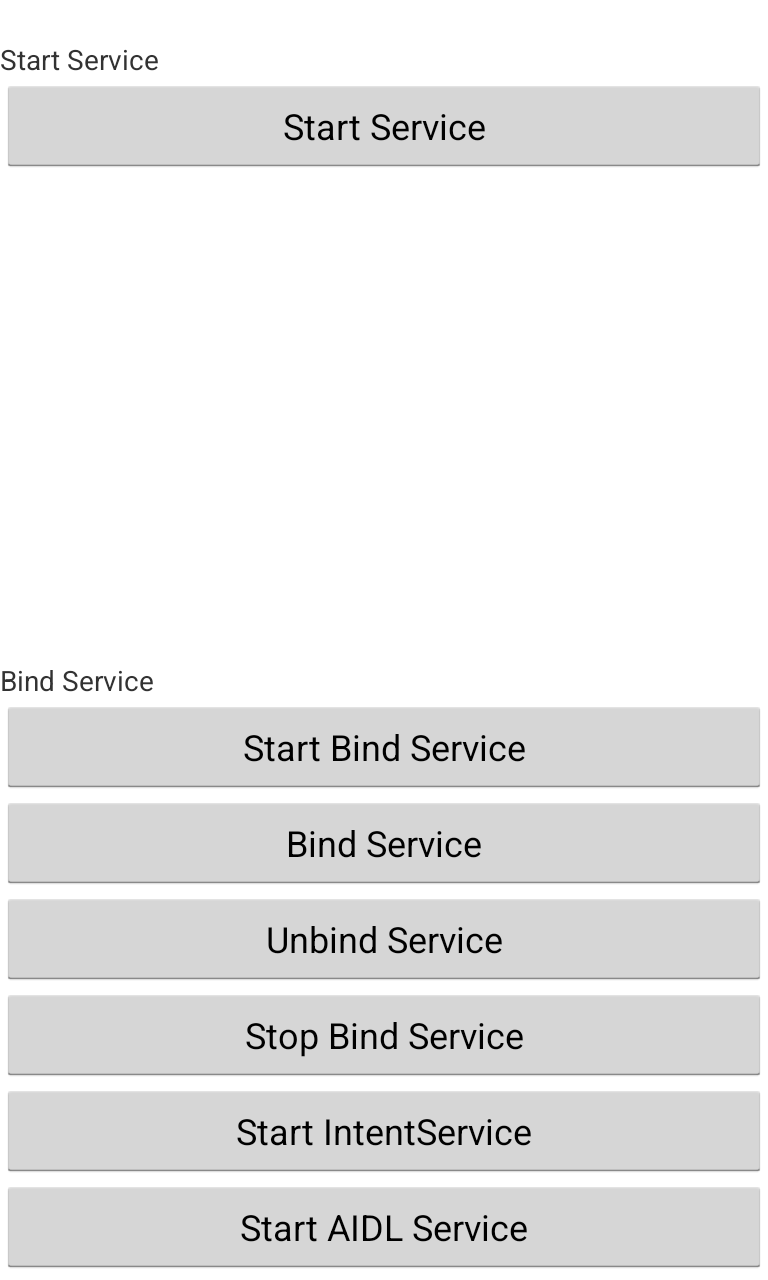
Repository: Liu-D-Henrry/Android
Layout: DemoService/res/layout/service_activity.xml
The author's editor kept a copy of each file at every save. The layout is drawn from the files as they stood at one save, then again after the next save.
It is drawn on a 768 x 1280 px phone screen (xhdpi) without system bars, with theme AppTheme; the app's code is not run.

Above is the layout before, as saved 2013-09-01 10:29:28.

After the next save:
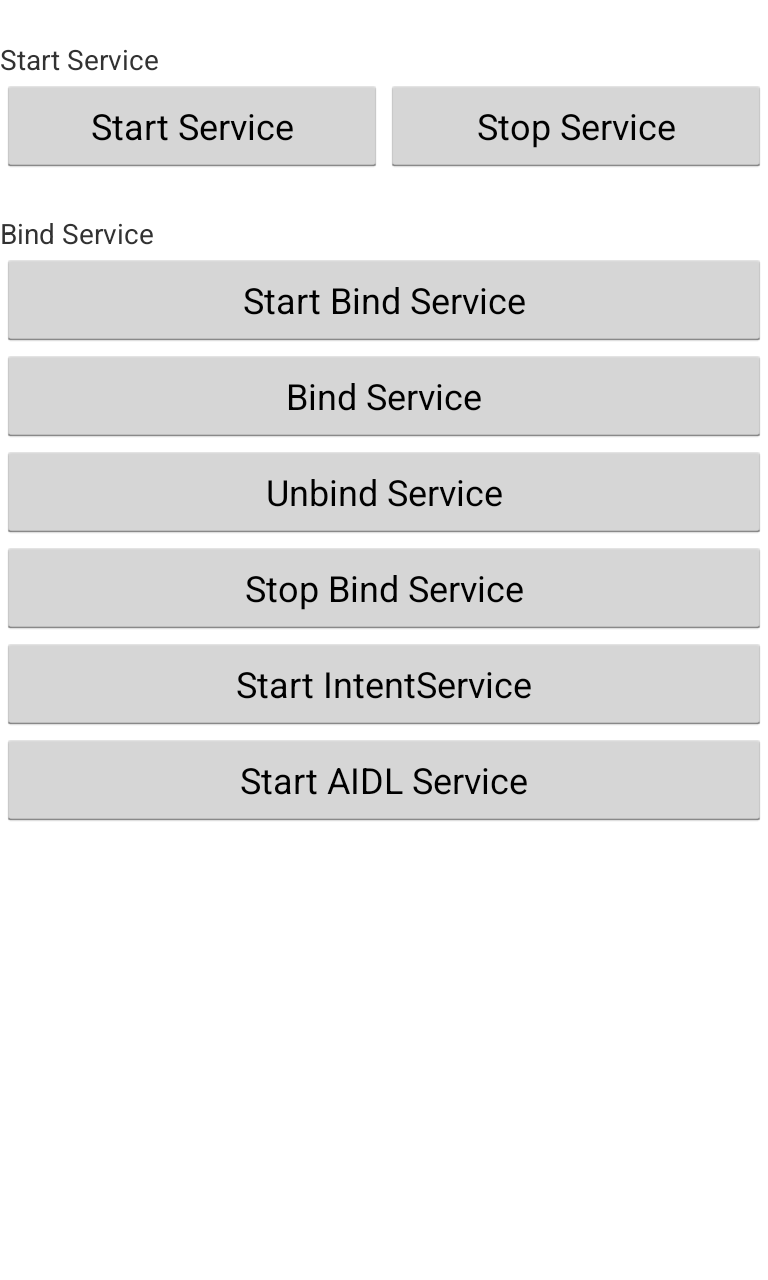
Saved 41 s later.
--- a/DemoService/res/layout/service_activity.xml
+++ b/DemoService/res/layout/service_activity.xml
@@ -16,13 +16,15 @@
 
     	<Button
         	android:id="@+id/startService"
-        	android:layout_width="match_parent"
+        	android:layout_width="0dp"
         	android:layout_height="wrap_content"
+        	android:layout_weight="1"
         	android:text="@string/startService" />
     	<Button
         	android:id="@+id/stopService"
-        	android:layout_width="match_parent"
+        	android:layout_width="0dp"
         	android:layout_height="wrap_content"
+        	android:layout_weight="1"
         	android:text="@string/stopService" />
 
     </LinearLayout>
